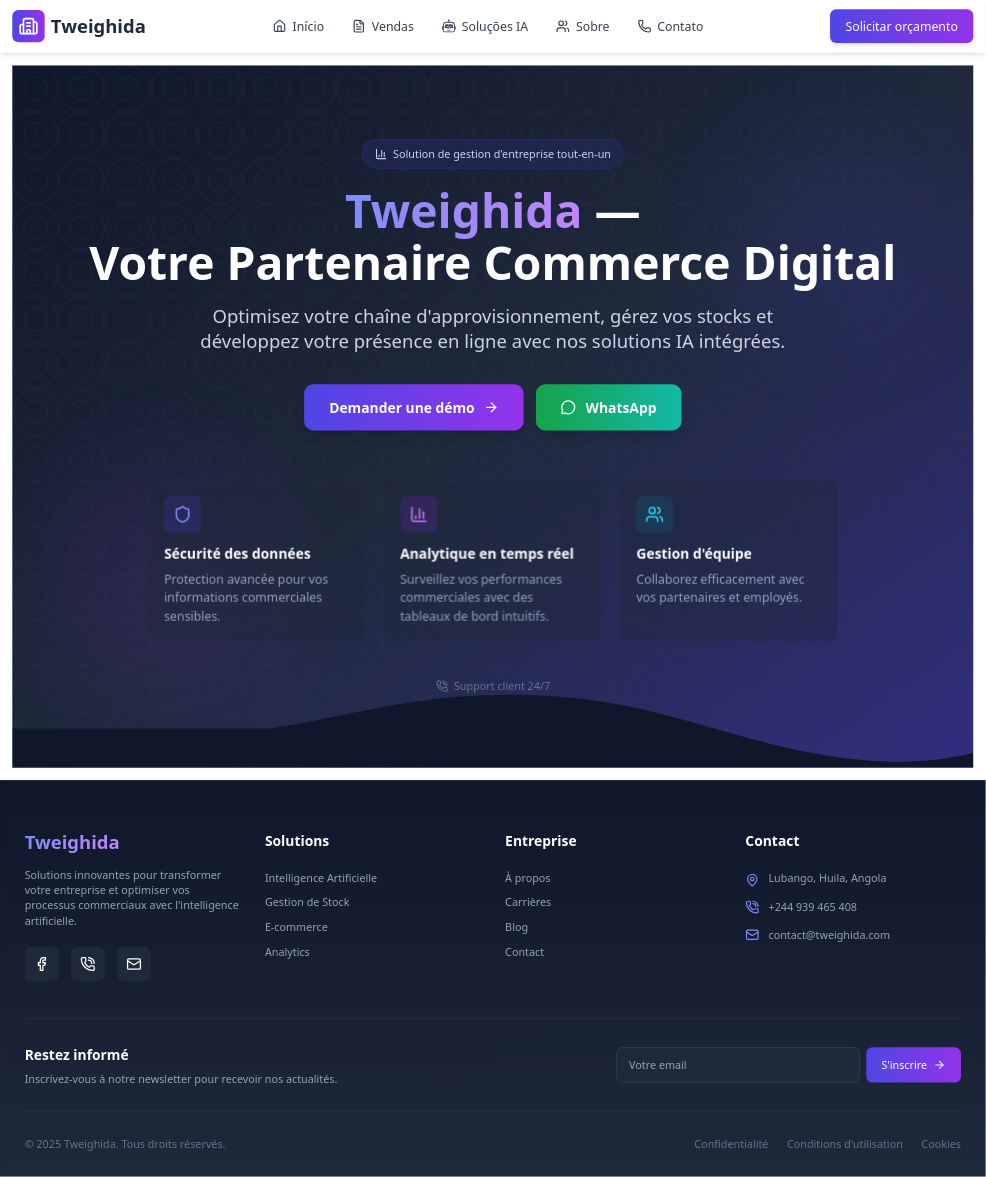
Repository: lamatmed/Tweighida
Page: /
These files come from the project's save history. The page is drawn as it stood at one moment and after the next save; the edit follows.
The browser window is 1280 px wide. The pictures show the whole page, at 77% of full size.
The project was rebuilt for these pictures with package versions that can differ from the ones it lists, and the page was loaded fresh each time. The framework's server and built-in components were replaced by stand-ins that run in the browser. Also part of the build but not shown: next.config.mjs.

Above is the page before, as saved 2025-09-07 14:52:05.

After the next save:
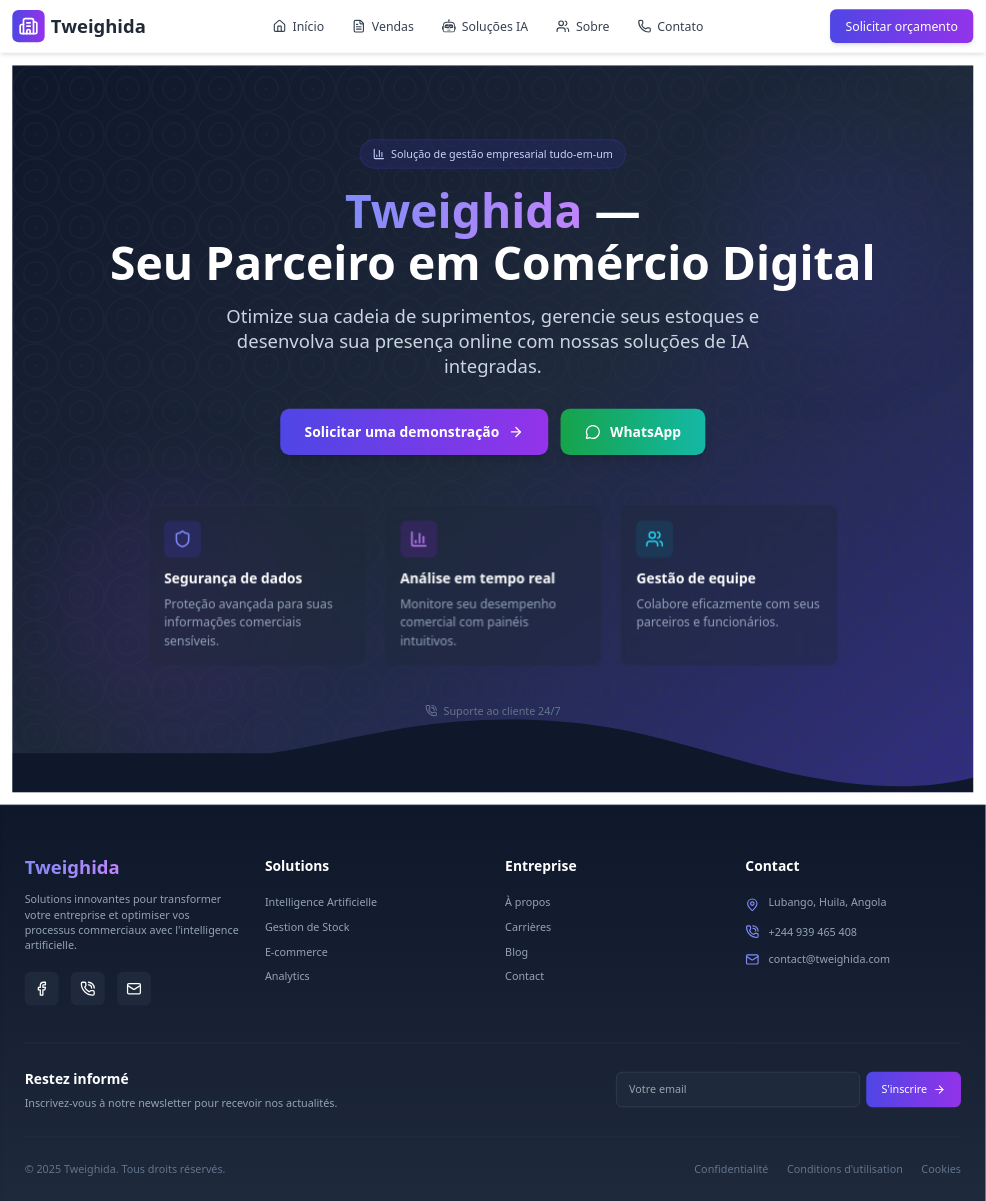
Saved 2 min 44 s later.
--- a/src/app/components/Hero.tsx
+++ b/src/app/components/Hero.tsx
@@ -35,7 +35,7 @@
           transition={{ duration: 0.6, ease: 'easeOut' }}
         >
           <BarChart3 size={16} />
-          <span>Solution de gestion d'entreprise tout-en-un</span>
+          <span>Solução de gestão empresarial tudo-em-um</span>
         </motion.div>
 
         <motion.h1
@@ -45,7 +45,7 @@
           transition={{ duration: 0.8, ease: 'easeInOut' }}
         >
           <span className="bg-gradient-to-r from-indigo-400 to-purple-400 bg-clip-text text-transparent">Tweighida</span> —
-          <div className="mt-2">Votre Partenaire Commerce Digital</div>
+          <div className="mt-2">Seu Parceiro em Comércio Digital</div>
         </motion.h1>
 
         <motion.p
@@ -54,7 +54,7 @@
           animate={{ y: 0, opacity: 1 }}
           transition={{ duration: 1, delay: 0.2, ease: 'easeInOut' }}
         >
-          Optimisez votre chaîne d'approvisionnement, gérez vos stocks et développez votre présence en ligne avec nos solutions IA intégrées.
+          Otimize sua cadeia de suprimentos, gerencie seus estoques e desenvolva sua presença online com nossas soluções de IA integradas.
         </motion.p>
 
         <div className="flex flex-col sm:flex-row gap-4 justify-center mb-16">
@@ -64,7 +64,7 @@
             whileHover={{ scale: 1.03 }}
             whileTap={{ scale: 0.98 }}
           >
-            Demander une démo <ArrowRight size={20} className="group-hover:translate-x-1 transition-transform" />
+            Solicitar uma demonstração <ArrowRight size={20} className="group-hover:translate-x-1 transition-transform" />
           </motion.a>
 
           <motion.a
@@ -90,30 +90,30 @@
             <div className="bg-indigo-700/20 p-3 rounded-lg inline-flex mb-3">
               <Shield size={24} className="text-indigo-400" />
             </div>
-            <h3 className="font-semibold text-lg mb-2">Sécurité des données</h3>
-            <p className="text-slate-400">Protection avancée pour vos informations commerciales sensibles.</p>
+            <h3 className="font-semibold text-lg mb-2">Segurança de dados</h3>
+            <p className="text-slate-400">Proteção avançada para suas informações comerciais sensíveis.</p>
           </div>
 
           <div className="bg-slate-800/40 backdrop-blur-sm p-5 rounded-xl border border-slate-700/30">
             <div className="bg-purple-700/20 p-3 rounded-lg inline-flex mb-3">
               <BarChart3 size={24} className="text-purple-400" />
             </div>
-            <h3 className="font-semibold text-lg mb-2">Analytique en temps réel</h3>
-            <p className="text-slate-400">Surveillez vos performances commerciales avec des tableaux de bord intuitifs.</p>
+            <h3 className="font-semibold text-lg mb-2">Análise em tempo real</h3>
+            <p className="text-slate-400">Monitore seu desempenho comercial com painéis intuitivos.</p>
           </div>
 
           <div className="bg-slate-800/40 backdrop-blur-sm p-5 rounded-xl border border-slate-700/30">
             <div className="bg-cyan-700/20 p-3 rounded-lg inline-flex mb-3">
               <Users size={24} className="text-cyan-400" />
             </div>
-            <h3 className="font-semibold text-lg mb-2">Gestion d'équipe</h3>
-            <p className="text-slate-400">Collaborez efficacement avec vos partenaires et employés.</p>
+            <h3 className="font-semibold text-lg mb-2">Gestão de equipe</h3>
+            <p className="text-slate-400">Colabore eficazmente com seus parceiros e funcionários.</p>
           </div>
         </motion.div>
 
         <div className="mt-6 text-sm text-slate-500">
           <span className="flex items-center justify-center gap-2">
-            <PhoneCall size={16} /> Support client 24/7
+            <PhoneCall size={16} /> Suporte ao cliente 24/7
           </span>
         </div>
       </div>
